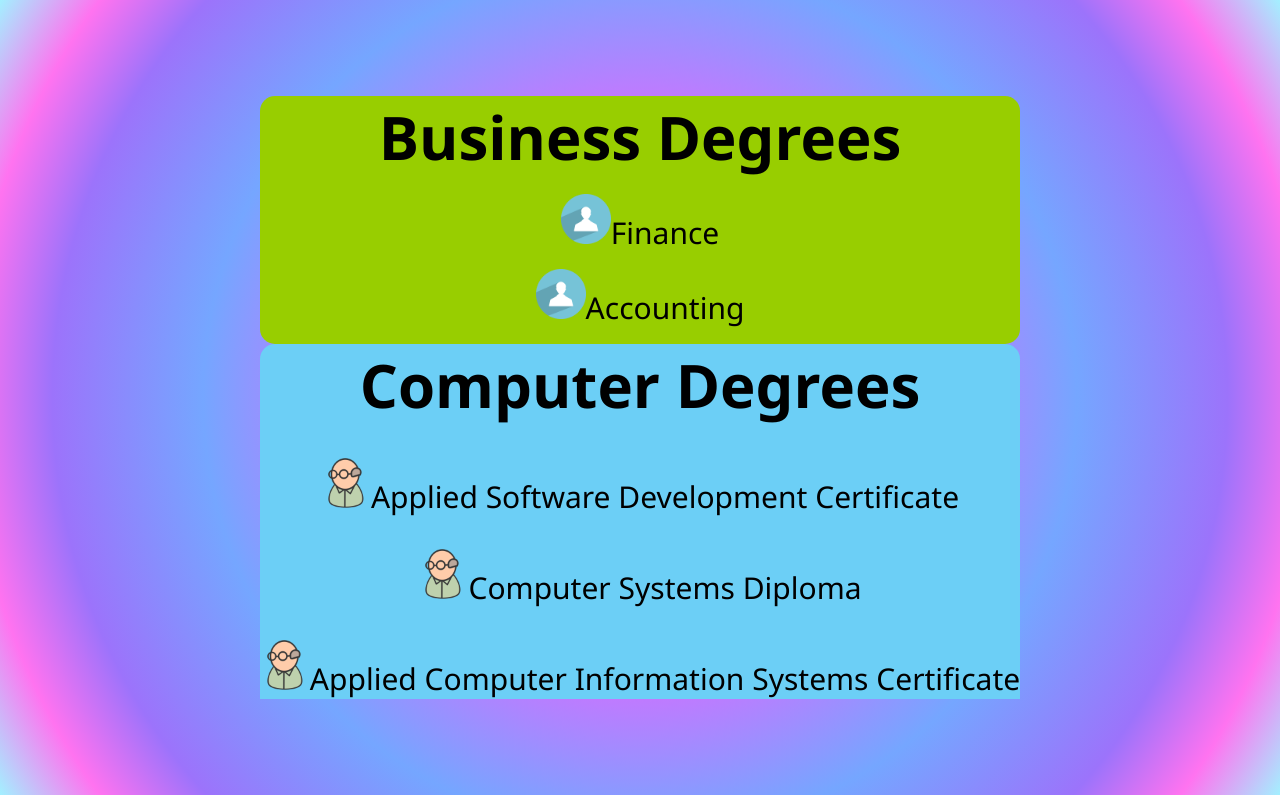
Repository: NeemaToto/mdia2109week3
Page: /
These files come from the project's save history. The page is drawn as it stood at one moment and after the next save; the edit follows.
The browser window is 1280 px wide. The pictures show the whole page.
The project was rebuilt for these pictures with package versions that can differ from the ones it lists, and the page was loaded fresh each time. The framework's server and built-in components were replaced by stand-ins that run in the browser. Also part of the build but not shown: next.config.js.

Above is the page before, as saved 2023-01-19 20:22:13.

After the next save:
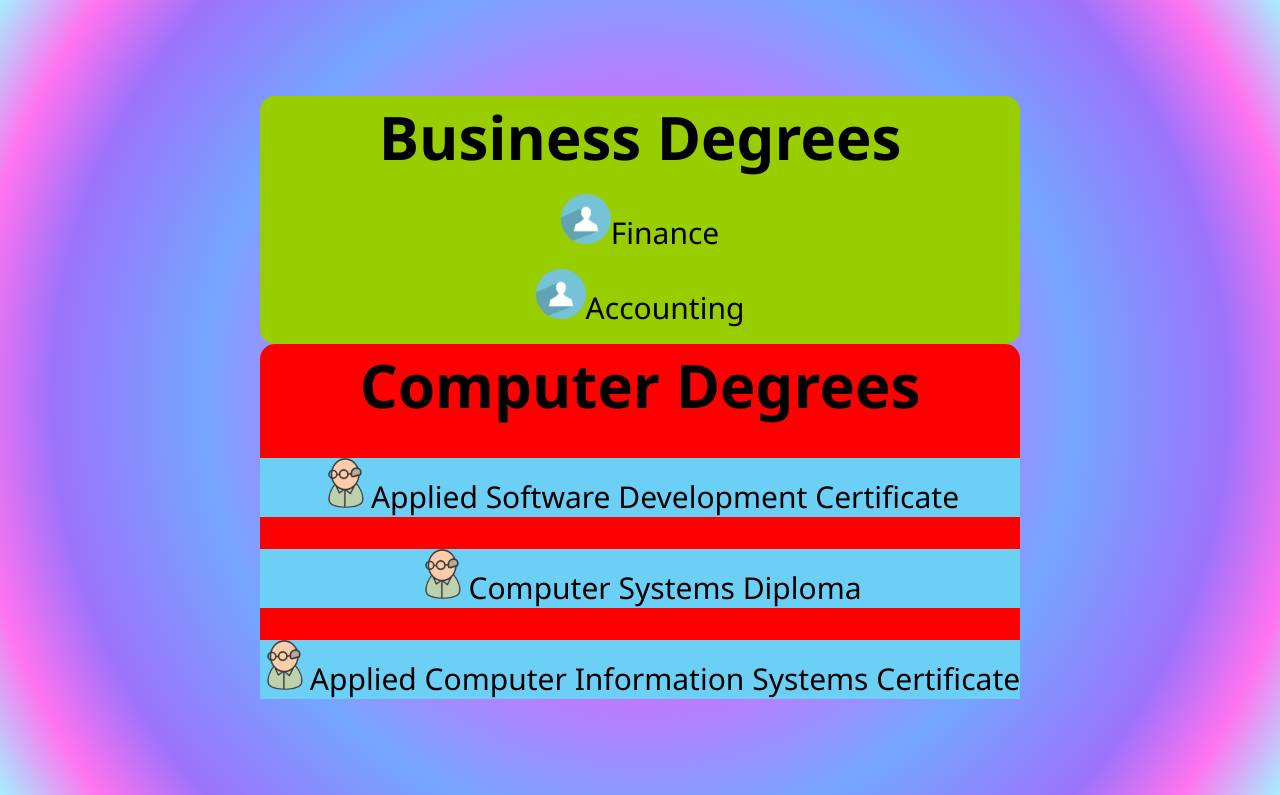
Saved 17 s later.
--- a/styles/Home.module.css
+++ b/styles/Home.module.css
@@ -301,7 +301,7 @@
 .computerContainer{
   display: flex;
   flex-direction: column;
-  background-color: #6CCFF6;
+  background-color: red;
   gap: 2rem;
   border-radius: 15px;
 }

After the 2 saves that followed:
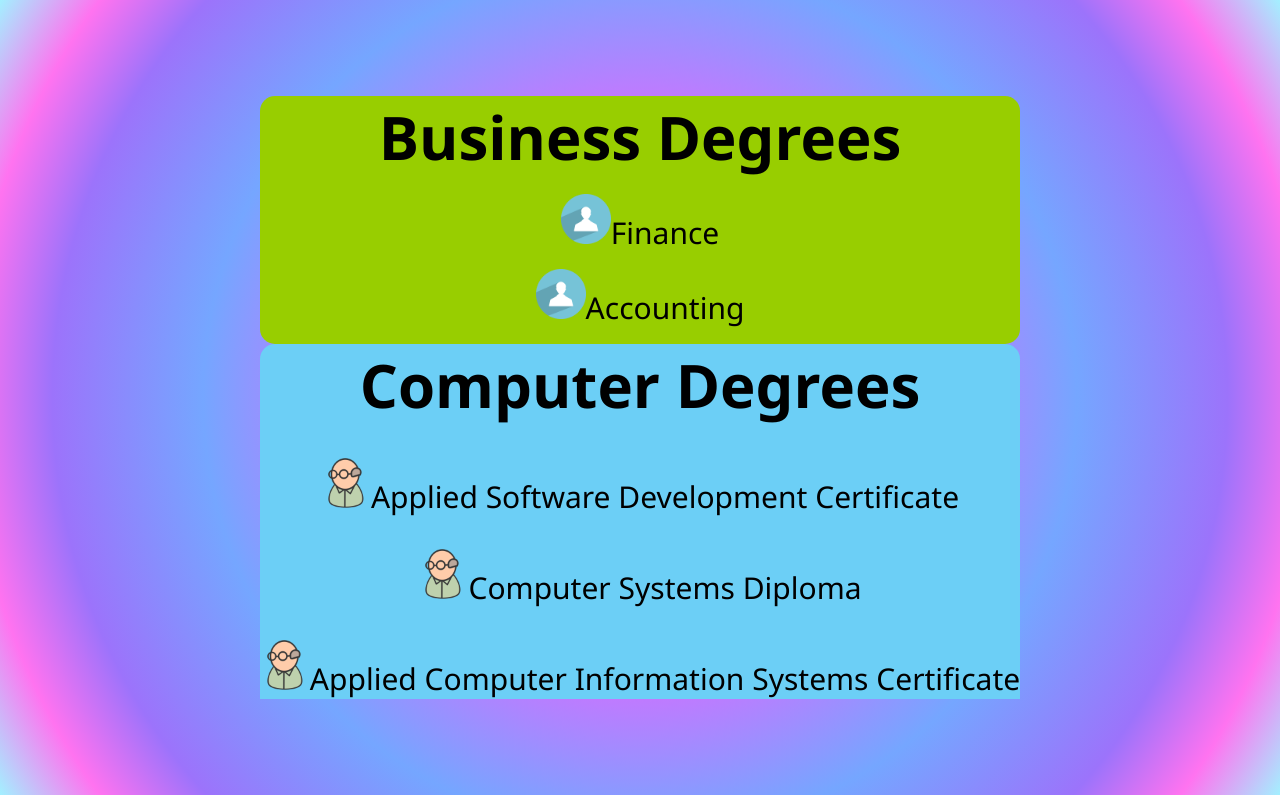
The 2 saves are shown as one change because they came seconds apart.
The last was saved 9 s later.
--- a/styles/Home.module.css
+++ b/styles/Home.module.css
@@ -301,7 +301,7 @@
 .computerContainer{
   display: flex;
   flex-direction: column;
-  background-color: red;
+  background-color: #6CCFF6;
   gap: 2rem;
   border-radius: 15px;
 }
